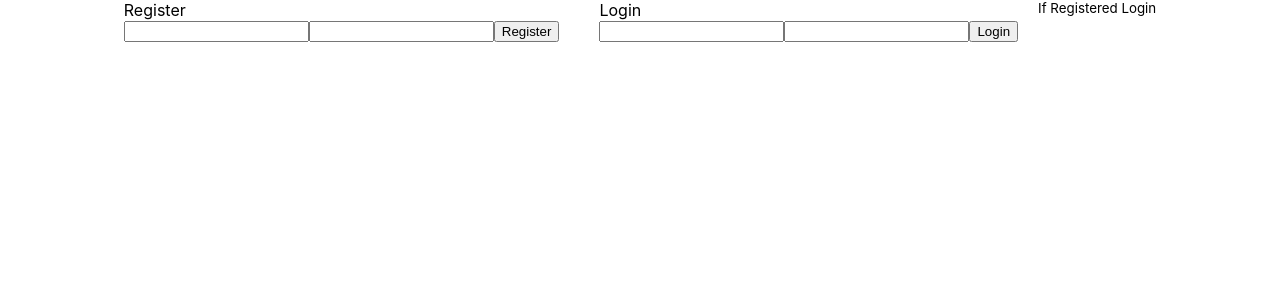
Repository: punitbathija/Placement-Assitance-iNeuron
Page: / (app in React/taskmanager/)
An editor plug-in stored every save of this project. The page is shown before and after the next save, followed by the edit.
The browser window is 1280 px wide. The pictures show the whole page.
The project was rebuilt for these pictures with package versions that can differ from the ones it lists, and the page was loaded fresh each time. Also part of the build but not shown: React/taskmanager/src/TaskDashboard.jsx.

Above is the page before, as saved 2023-06-06 15:06:22.

### React/taskmanager/src/App.js
import React, { useState } from "react";
import Login from "./Login";
import TaskDashboard from "./TaskDashboard";
import Register from "./Register";

const App = () => {
  const [token, setToken] = useState("");

  return (
    <div
      style={{
        display: "flex",
        justifyContent: "center",
        gap: "20px",
      }}
    >
      <Register />
      <br />
      {token ? <TaskDashboard token={token} /> : <Login setToken={setToken} />}
      <small>If Registered Login</small>
    </div>
  );
};

export default App;

### React/taskmanager/src/Login.jsx
import React, { useState } from "react";
import axios from "axios";

const Login = () => {
  const [username, setUsername] = useState("");
  const [password, setPassword] = useState("");
  const [token, setToken] = useState("");
  const [error, setError] = useState("");
  const handleLogin = async (e) => {
    e.preventDefault();
    try {
      const res = await axios.post("https://reqres.in/api/login", {
        username,
        password,
        headers: {
          "Content-Type": "application/json",
        },
      });
      console.log(res);
      setToken(res.data);
      alert("Login Successfull");
    } catch (err) {
      console.log(err);
      setError("Invalid Credentails" + err);
    }
  };

  return (
    <div>
      Login
      <form onSubmit={handleLogin}>
        <input
          type="text"
          value={username}
          onChange={(e) => setUsername(e.target.value)}
        />
        <input
          type="password"
          value={password}
          onChange={(e) => setPassword(e.target.value)}
        />
        <button type="submit">Login</button>
      </form>
    </div>
  );
};

export default Login;

### React/taskmanager/src/Register.jsx
import React, { useState } from "react";
import axios from "axios";

const Register = () => {
  const [username, setUsername] = useState("");
  const [password, setPassword] = useState("");
  const [token, setToken] = useState("");
  const [error, setError] = useState("");
  const handleRegister = async (e) => {
    e.preventDefault();
    try {
      const res = await axios.post("https://reqres.in/api/register", {
        username,
        password,
        headers: {
          "Content-Type": "application/json",
        },
      });
      setToken(res.data);
      console.log(res);
      alert("Successfully Registered");
    } catch (err) {
      console.log(err);
      setError("Invalid Credentails" + err);
    }
  };

  return (
    <div>
      Register
      <form onSubmit={handleRegister}>
        <input
          type="text"
          value={username}
          onChange={(e) => setUsername(e.target.value)}
        />
        <input
          type="password"
          value={password}
          onChange={(e) => setPassword(e.target.value)}
        />
        <button type="submit">Register</button>
      </form>
    </div>
  );
};

export default Register;

Loaded but not shown: React/taskmanager/public/index.html (common file); React/taskmanager/src/index.js (common file); React/taskmanager/src/index.css (common file)

After the next save:
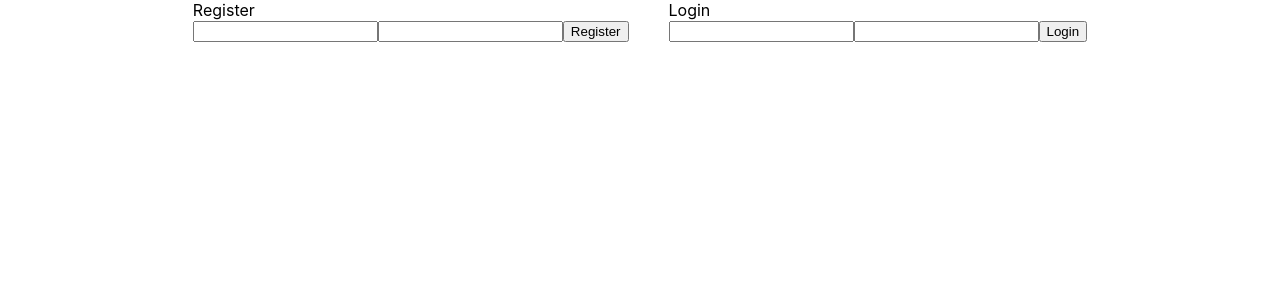
Saved 6 s later.
--- a/React/taskmanager/src/App.js
+++ b/React/taskmanager/src/App.js
@@ -17,7 +17,6 @@ const App = () => {
       <Register />
       <br />
       {token ? <TaskDashboard token={token} /> : <Login setToken={setToken} />}
-      <small>If Registered Login</small>
     </div>
   );
 };
